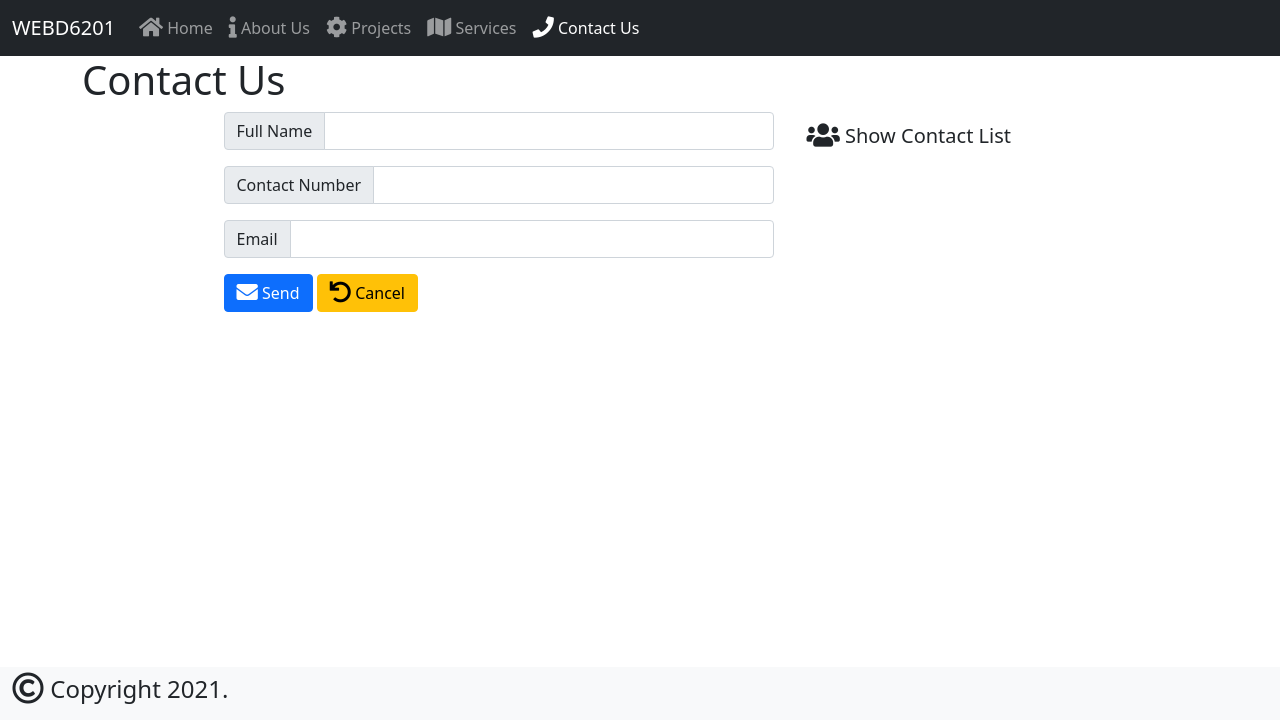
Repository: ahmedrizvi/WEB6201-W2021-ICE02
Page: contact.html
The author's editor kept a copy of each file at every save. The page is drawn from the files as they stood at one save, then again after the next save.
The browser window is 1280 px wide. The pictures show the whole page.

Above is the page before, as saved 2021-01-29 23:06:37.

After the next save:
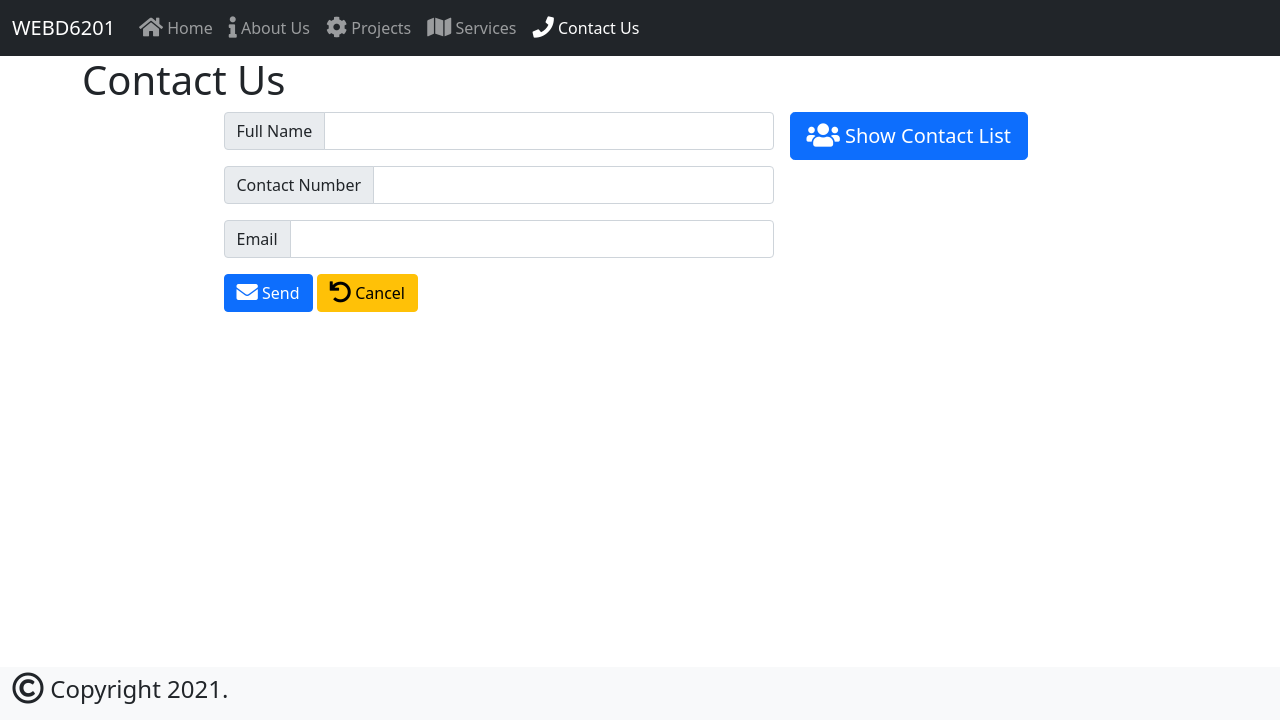
Saved 8 min 20 s later.
--- a/contact.html
+++ b/contact.html
@@ -77,7 +77,7 @@
           </form>
 
           <div class="col-lg-3 col-md-3">
-            <a href="contact-list.html" class="btn primary btn-lg"><i class="fas fa-users fa-lg"></i> Show Contact List</a>
+            <a href="contact-list.html" class="btn btn-primary btn-lg"><i class="fas fa-users fa-lg"></i> Show Contact List</a>
           </div>
         </div>
 
